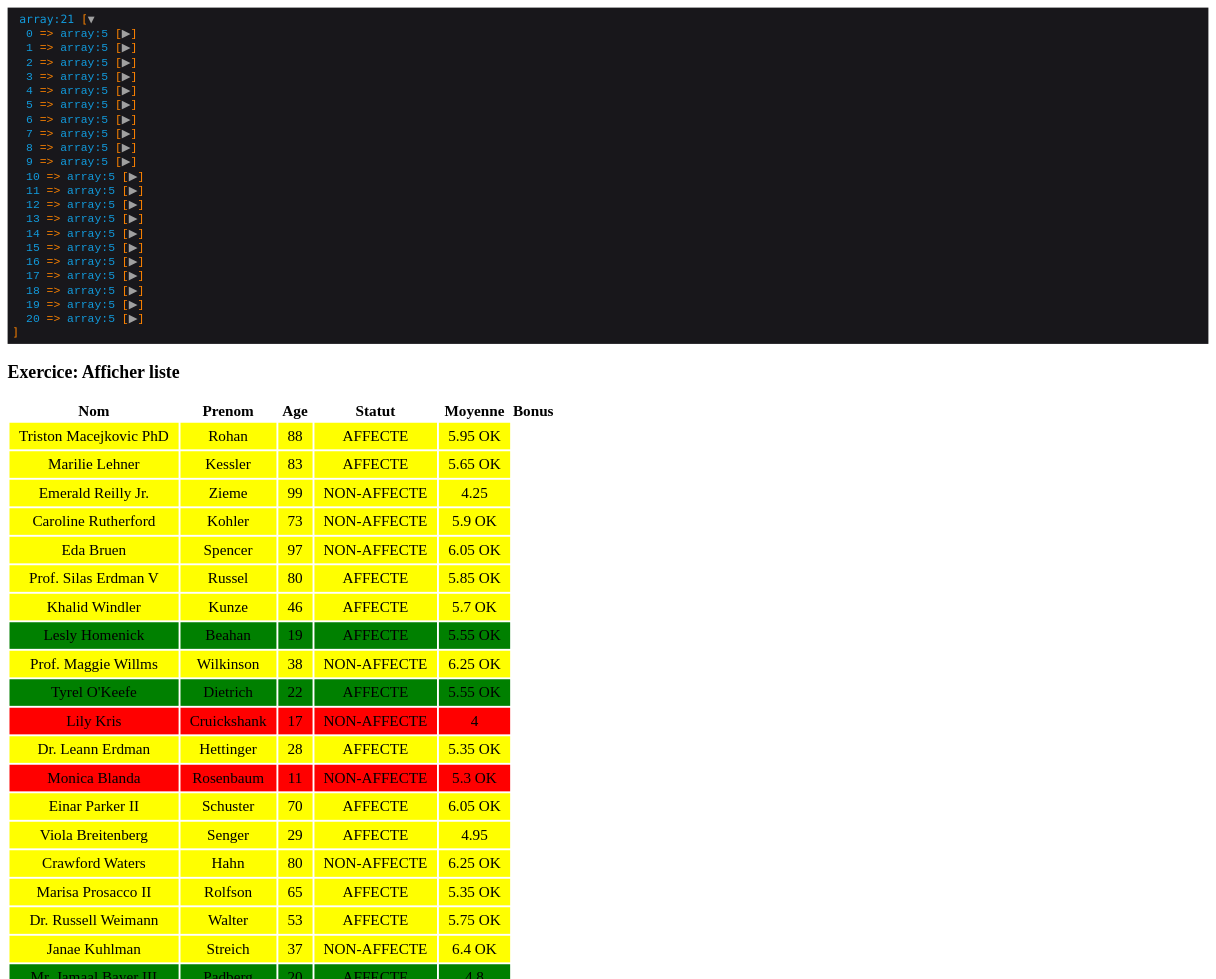
Repository: Bfabien99/PHPREPO
Page: http://localhost/
These files come from the project's save history. The page is drawn as it stood at one moment and after the next save; the edit follows.
The browser window is 1280 px wide. The pictures show the whole page, at 95% of full size.
The page is run by PHP 8.4 with error messages shown; the project is at /var/www/html/.

Above is the page before, as saved 2021-12-10 12:14:13.

### MakeFakeData/src/index.php
<?php
require_once '../vendor/autoload.php';


$faker = Faker\Factory::create();
$i = 0;
$list = [];

while($i <= 20) {

	$person = [];
	$person["nom"] = $faker->name;
	$person["prenom"] = $faker->lastName;
	$person["age"] = $faker->numberBetween($min=1,$max=99);

	$notes = [];
	$index = 0;
	$max = $faker->numberBetween($min=1,$max=10);
	while($index < $max) {
		$note = $faker->numberBetween($min=1,$max=10);
		$notes[] = $note;
		$index++;
	}

	$bonus =[];
	$ind = 0;
	$maxi = $faker->numberBetween($min=1,$max=10);
	while($ind < $max) {
		$note = $faker->numberBetween($min=1,$max=10);
		$notes[] = $note;
		$ind++;
	}

	$person["notes"] = $notes;
	$person["statut"] = $faker->randomElement(["AFFECTE","NON-AFFECTE"]);
	$list[] = $person;
	$i++;
}
dump($list);

function admis($moy){
	return $moy>=5 ? "oui" : "non";
}

?>
<!DOCTYPE html>
<html lang="en">
<head>
    <meta charset="UTF-8">
    <meta http-equiv="X-UA-Compatible" content="IE=edge">
    <meta name="viewport" content="width=device-width, initial-scale=1.0">
    <title>Document</title>
    <style>
        thead{
            font-weight:bold;
        }

        td{
            padding:5px 10px;
            text-align:center;
        }

        tr.red{
            background-color:red;
        }
        tr.green{
            background-color: green;
        }
        tr.yellow{
            background-color:yellow;
        }
		.oui{
			display:inline;
		}
		.non{
			display:none;
		}
    </style>
</head>
<body>

<h3>Exercice: Afficher liste</h3>
<table>
	<thead>
		<tr>
			<th>Nom</th>
			<th>Prenom</th>
			<th>Age</th>
			<th>Statut</th>
			<th>Moyenne</th>
			<th>Bonus</th>
		</tr>
	</thead>
	<tbody>
		<?php
		foreach ($list as $value) {
				$nbnote = count($value["notes"]);
				$totalnote = array_sum($value["notes"]);
				$moy = $totalnote / $nbnote;
				$moyG = $nbnote/2 ;
				$age = $value["age"];
				switch ($age) {
					case $age > 0 && $age < 18 :
			?>
			<tr class="red">
				<td><?= $value["nom"] ?></td>
                <td><?=$value["prenom"]?></td>
                <td><?= $value["age"] ?></td>
                <td><?= $value["statut"] ?></td>
				<td><?= $moy ?> <span class="<?= admis($moy) ?>" > OK </span> </td>
            </tr>
			<?php break;
				case ($age > 18 && $age < 25):
			?>
			<tr class="green">
				<td><?= $value["nom"] ?></td>
                <td><?=$value["prenom"]?></td>
                <td><?= $value["age"] ?></td>
                <td><?= $value["statut"] ?></td>
				<td><?= $moy ?> <span class="<?= admis($moy) ?>" > OK </span> </td>
            </tr>
			<?php break;
				case ($age > 25):
			?>
			<tr class="yellow">
				<td><?= $value["nom"] ?></td>
                <td><?=$value["prenom"]?></td>
                <td><?= $value["age"] ?></td>
                <td><?= $value["statut"] ?></td>
				<td><?= $moy ?> <span class="<?= admis($moy) ?>" > OK </span> </td>
            </tr>
			<?php
			break;}
			?>
		<?php } ?>
	</tbody>


    <?php
        //
    ?>
</table>
</body>
</html>

After the next save:
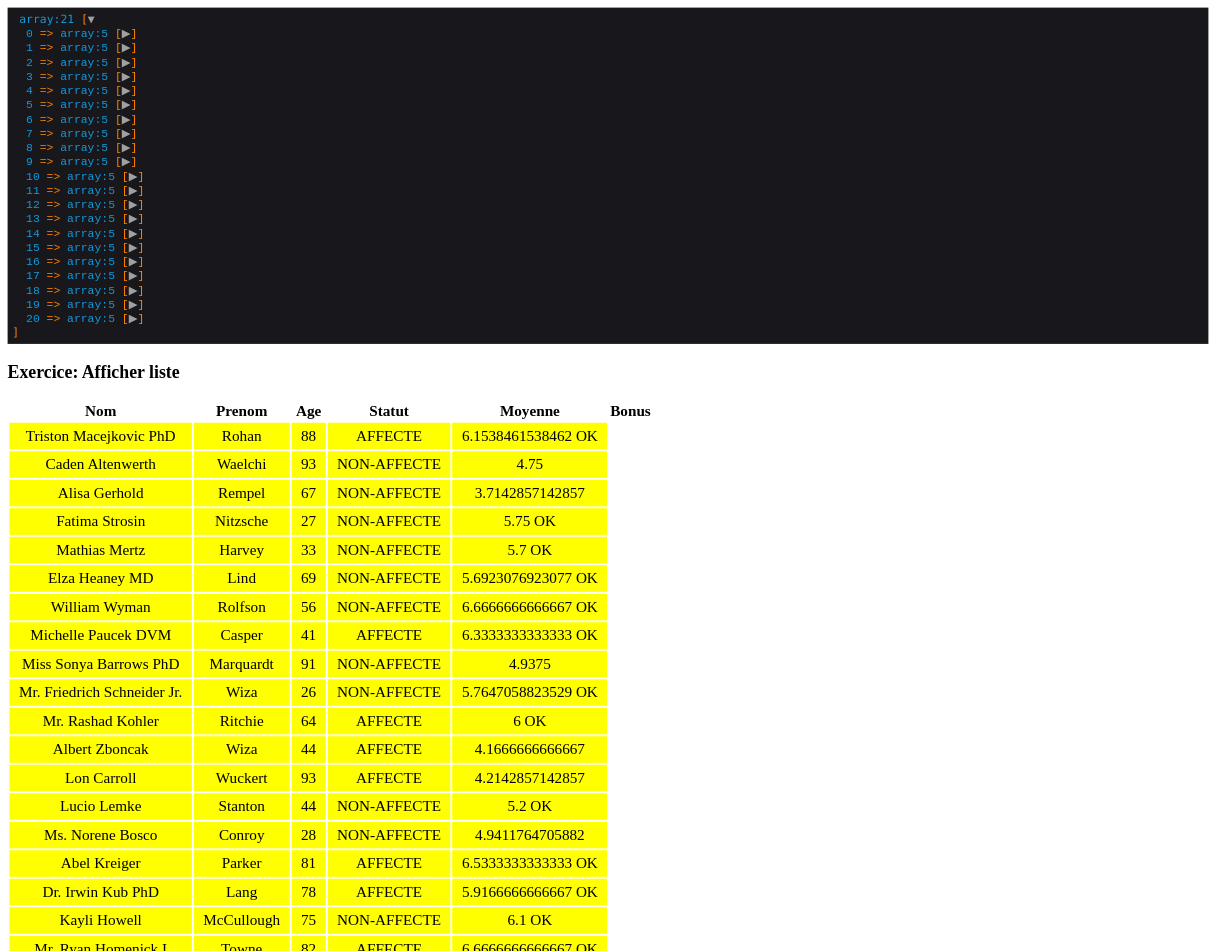
Saved 4 s later.
--- a/MakeFakeData/src/index.php
+++ b/MakeFakeData/src/index.php
@@ -25,7 +25,7 @@ while($i <= 20) {
 	$bonus =[];
 	$ind = 0;
 	$maxi = $faker->numberBetween($min=1,$max=10);
-	while($ind < $max) {
+	while($ind < $maxi) {
 		$note = $faker->numberBetween($min=1,$max=10);
 		$notes[] = $note;
 		$ind++;
